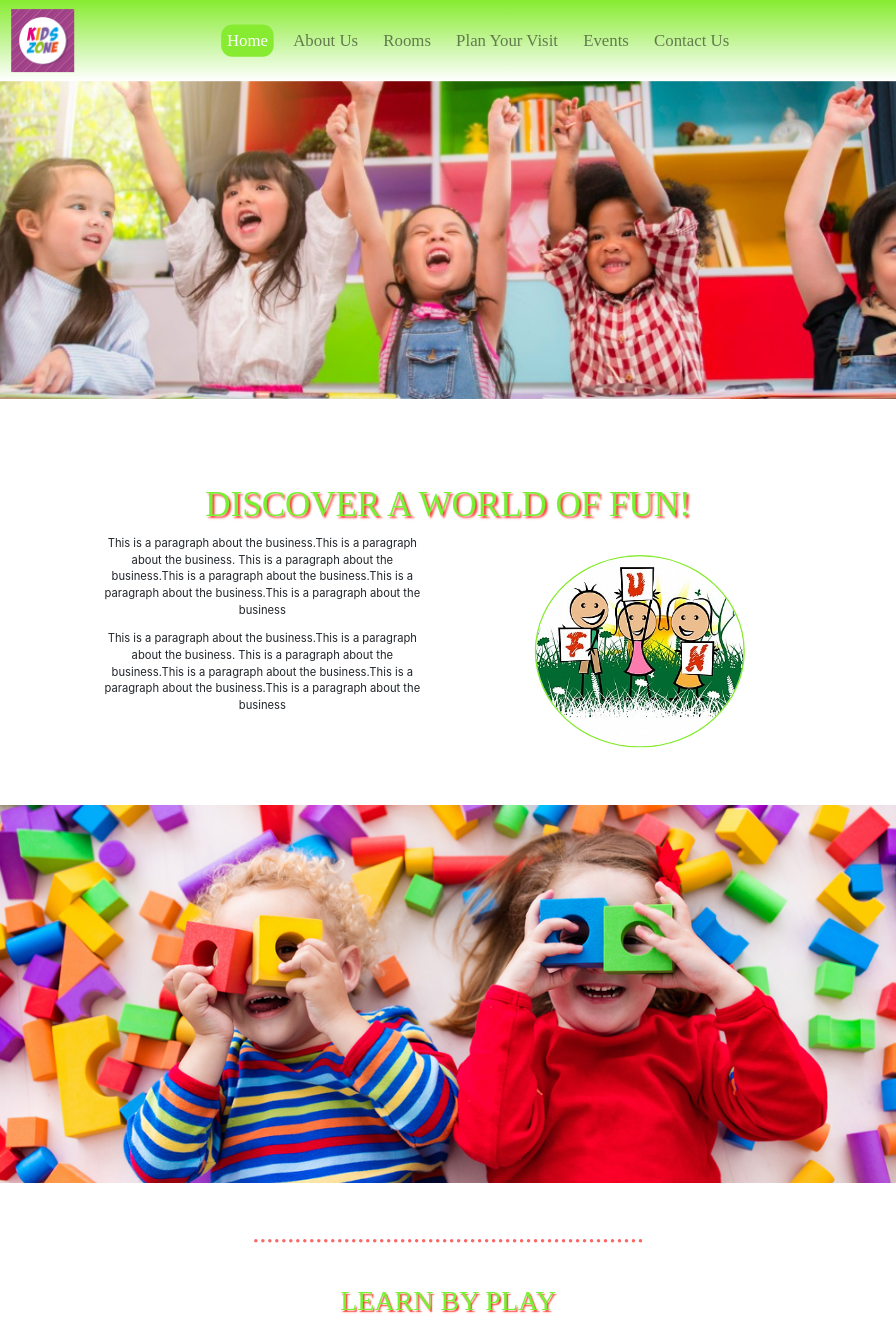
Repository: Code-Institute-Submissions/my-first-frontend-milestone-project
Page: index.html
The author's editor kept a record of every edit. The page is drawn from the files as they stood at one moment, then again after the next edit.
The browser window is 1280 px wide. The pictures show the part of the page from y = 0 to 1920 px (the page is 4050 px tall), at 70% of full size.
Some web fonts or font styles are not loaded; a fallback is used. Some web libraries are served in a nearby version.

Above is the page before.

### index.html
<!DOCTYPE html>
<html lang="en">

<head>
    <meta charset="UTF-8">
    <meta name="viewport" content="width=device-width, initial-scale=1.0">
    <meta http-equiv="X-UA-Compatible" content="ie=edge">
    <script src="https://code.jquery.com/jquery-3.3.1.slim.min.js" integrity="sha384-q8i/X+965DzO0rT7abK41JStQIAqVgRVzpbzo5smXKp4YfRvH+8abtTE1Pi6jizo" crossorigin="anonymous"></script>
    <script src="https://cdnjs.cloudflare.com/ajax/libs/popper.js/1.14.7/umd/popper.min.js" integrity="sha384-UO2eT0CpHqdSJQ6hJty5KVphtPhzWj9WO1clHTMGa3JDZwrnQq4sF86dIHNDz0W1" crossorigin="anonymous"></script>
    <link rel="stylesheet" href="https://stackpath.bootstrapcdn.com/bootstrap/4.3.1/css/bootstrap.min.css" integrity="sha384-ggOyR0iXCbMQv3Xipma34MD+dH/1fQ784/j6cY/iJTQUOhcWr7x9JvoRxT2MZw1T" crossorigin="anonymous">
    <script src="https://stackpath.bootstrapcdn.com/bootstrap/4.3.1/js/bootstrap.min.js" integrity="sha384-JjSmVgyd0p3pXB1rRibZUAYoIIy6OrQ6VrjIEaFf/nJGzIxFDsf4x0xIM+B07jRM" crossorigin="anonymous"></script>
    <script src='https://kit.fontawesome.com/a076d05399.js'></script>
    <link rel="stylesheet" href="https://maxcdn.bootstrapcdn.com/font-awesome/4.7.0/css/font-awesome.min.css" type="text/css" />
    <link rel="stylesheet" href="css/style.css">
    <title>KiddosSpot</title>
</head>

<body>
 <!-- <div id="page-wrapper">  -->
    <header>
        <!-- Used Bootstrap for basic nav. -->
        <nav class="navbar fixed-top navbar-light
         navbar-expand-lg  navbar-fixed-top navstyle">
            <a class="navbar-brand" href="index.html">
           <img src="./images/logo.jpg" width="90" height="90" alt="Kid's Spot Logo">
          </a>
            <button class="navbar-toggler" type="button" data-toggle="collapse" data-target="#navbarSupportedContent" aria-controls="navbarSupportedContent" aria-expanded="false" aria-label="Toggle navigation">
              <span class="navbar-toggler-icon"></span>
          </button>
            <div class="collapse navbar-collapse" id="navbarSupportedContent">
                <ul class="nav navbar-nav mr-auto" style=" margin: 0 auto;">
                    <li class="nav-item active">
                        <a class="nav-link" href="index.html">Home <span class="sr-only">(current)</span></a>
                    </li>
                    <li class="nav-item">
                        <a class="nav-link about-menu" href="about.html">About Us</a>
                    </li>
                    <li class="nav-item">
                        <a class="nav-link" href="rooms.html">Rooms</a>
                    </li>
                    <li class="nav-item">
                        <a class="nav-link" href="planyourvisit.html">Plan Your Visit</a>
                    </li>
                    <li class="nav-item">
                        <a class="nav-link" href="events.html">Events</a>
                    </li>
                    <li class="nav-item">
                        <a class="nav-link" href="contact.html">Contact Us</a>
                    </li>
            </div>
        </nav>
    </header>

    <section>
        <!-- Bootstrap grid approach for columns -->
        <div class="container-fluid">
            <div class="row">
                <div class="col-12 banner-home"> </div>
            </div>
            <div class="container">
                <div class="row">
                    <div class="col-sm-12">
                        <h1 class="maintitle uppercase">Discover a World of Fun!</h1>
                    </div>
                </div>
                <div class="row">
                    <div class="col-12">
                        <div class="main-text-wrapper">
                            <p> This is a paragraph about the business.This is a paragraph about the business. This is a paragraph about the business.This is a paragraph about the business.This is a paragraph about the business.This is a paragraph about the
                                business </p>
                            <p> This is a paragraph about the business.This is a paragraph about the business. This is a paragraph about the business.This is a paragraph about the business.This is a paragraph about the business.This is a paragraph about the
                                business </p>
                        </div>
                        <div class="main-image-wrapper">
                                <img src="./images/fun.jpg" width="300" height="300" class="img-fluid rounded-circle" style="border:2px solid #87EB31;"alt="Fun illustration">
                        </div>
                    </div>
                </div> <!-- row end -->
            </div> <!--container -->
        </div> <!--container-fluid -->
        <div class="container-fluid">
            <div class="row">
                <div class="col-12 banner-center"></div>
            </div>
        </div>

        <!-- Business Highlights -->
        <div class="container">
            <div class="row">
                <div class="col-sm-12">
                    <div class="dotted-separator"></div>
                        <h2 class="subtitle uppercase">Learn By Play</h2>
                </div>
            </div>
            <div class="row">
                <div class="col-sm-12">
                    <div class="text-container" id="science">
                        <span><i class='fas fa-flask' style='font-size:40px;color:#fafafa;'></i></span>
                        <br>
                        <p><strong>Science</strong></p>
                        <p>Your Child will explore a variety...Your Child will explore a variety...Your Child will explore a variety...Your Child will explore a variety...</p>
                    </div>
                    <div class="text-container" id="sports">
                        <span><i class='fas fa-futbol' style='font-size:40px;color:#fafafa'></i></span>
                        <br>
                        <p><strong>Sports</strong></p>
                        <p>Your Child will explore a variety...Your Child will explore a variety...Your Child will explore a variety...Your Child will explore a variety...</p>
                    </div>
                </div>
            </div>
            <div class = "row">
                <div class="col-sm-12" style="margin-bottom:50px;">
                    <div class="text-container" id="arts"><span><i class='fas fa-paint-brush' style='font-size:40px;color:#fafafa'></i></span>
                        <br>
                        <p><strong>Arts</strong></p>
                        <p>Your Child will explore a variety...Your Child will explore a variety...Your Child will explore a variety...Your Child will explore a variety...</p>
                    </div>
                    <div class="text-container" id="games"><span><i class='fas fa-puzzle-piece' style='font-size:40px;color:#fafafa'></i> </span>
                        <br>
                        <p><strong>Games</strong></p>
                        <p>Your Child will explore a variety...Your Child will explore a variety...Your Child will explore a variety...Your Child will explore a variety...</p>
                    </div>
                </div>
            </div>
        </div> <!-- container -->

        <!-- Gallery of rooms -->
        <div class="container-fluid">
            <div class="row">
                <div class="col-sm-12">
                    <div class="dotted-separator"></div>
                    <div class="gallery">
                        <h2 class="subtitle uppercase">Room Gallery</h2>
                        <ul>
                            <li class="room1">
                                <img src="./images/science-room.webp" alt="Science-Room" width="300" height="250">
                                <div class="gallery_caption"><strong><p>Science Room</p></strong>
                                </div>
                            </li>
                            <li class="room2">
                                <img src="./images/space-room.webp" alt="Space Room" width="300" height="250">
                                        <div class="gallery_caption"><strong><p>Outerspace Room</p></strong>
                                        </div>
                            </li>
                            <li class="room3">
                                <img src="./images/art-room.webp" alt="Arts Room" width="300" height="250">
                                        <div class="gallery_caption"><strong><p>Arts Room</p></strong>
                                        </div>
                            </li>
                            <li class="room4">
                                <img src="./images/kitchen-room.jpg" alt="Kitchen Room" width="300" height="250">
                                        <div class="gallery_caption">
                                            <strong><p>Kitchen Room</p></strong>
                                        </div>
                            </li>
                        </ul>
                    </div>
                </div>
            </div>
        </div>  <!-- container-fluid -->
        <div>
            <a class="gallery-btn" href="rooms.html">See All Rooms</a>
        </div>
        <div class="container-fluid">
            <div class="row">
                <div class="col-sm-12">
                    <div class="dotted-separator"></div>
                </div>
            </div>
            <div class="theme-wrapper">
                <div class="row">
                    <div class="col-sm-5 theme-pic-wrapper">
                        <img src="./images/fitness-room.jpg" alt="Fitness Room" width="350" height="300" style="border-radius: 15px;">
                    </div>
                    <div class="col-sm-7">
                        <h2 class="theme-subtitle-wrapper">Theme of the month:<em style="color:#76F134; text-shadow: 1px 1px 1px #fafafa;"> WELLNESS!</em></h2>
                        <br>
                        <div class="theme-text-wrapper">
                            <h5 style="text-align:center;">LEARNING TO BE HEALTHY AND HAPPY!</h5>
                            <ul>
                                <li>Dance Lesson for different music styles</li>
                                <li>Gym equipment</li>
                                <li>Active games</li>
                            </ul>
                        </div>
                    </div>
                </div>
            </div>
        </div>
    </section>
    <footer class="container-fluid">
        <div id="footer-details" class="row">
            <div id="footer-list" class="col-sm-8">
                <nav id="menu-widget-2">
                    <ul>
                        <li>
                         <a href="about.html">About Us</a></li>
                        <li>
                         <a href="rooms.html">Rooms</a></li>
                        <li>
                         <a href="news.html">Latest News</a></li>
                        <li>
                         <a href="contact.html">Contact us</a></li>
                    </ul>
                </nav>
            </div>
            <div id="social-media" class="col-sm-4">
                <a href="#" target="_blank">
                        <img src="./images/facebook.png">
                </a>
                <a href="#" target="_blank">
                        <img src="./images/twitter.png">
                </a>
                <a href="#" target="_blank">
                        <img src="./images/instagram.png">
                </a>
                <a href="#" target="_blank">
                        <img src="./images/youtube.png">
                </a>
            </div>
        </div>
    </footer>
<!--</div>--> <!--page wrapper -->
</body>

</html>

Loaded but not shown: css/style.css (846 lines, source omitted)

After the next edit:
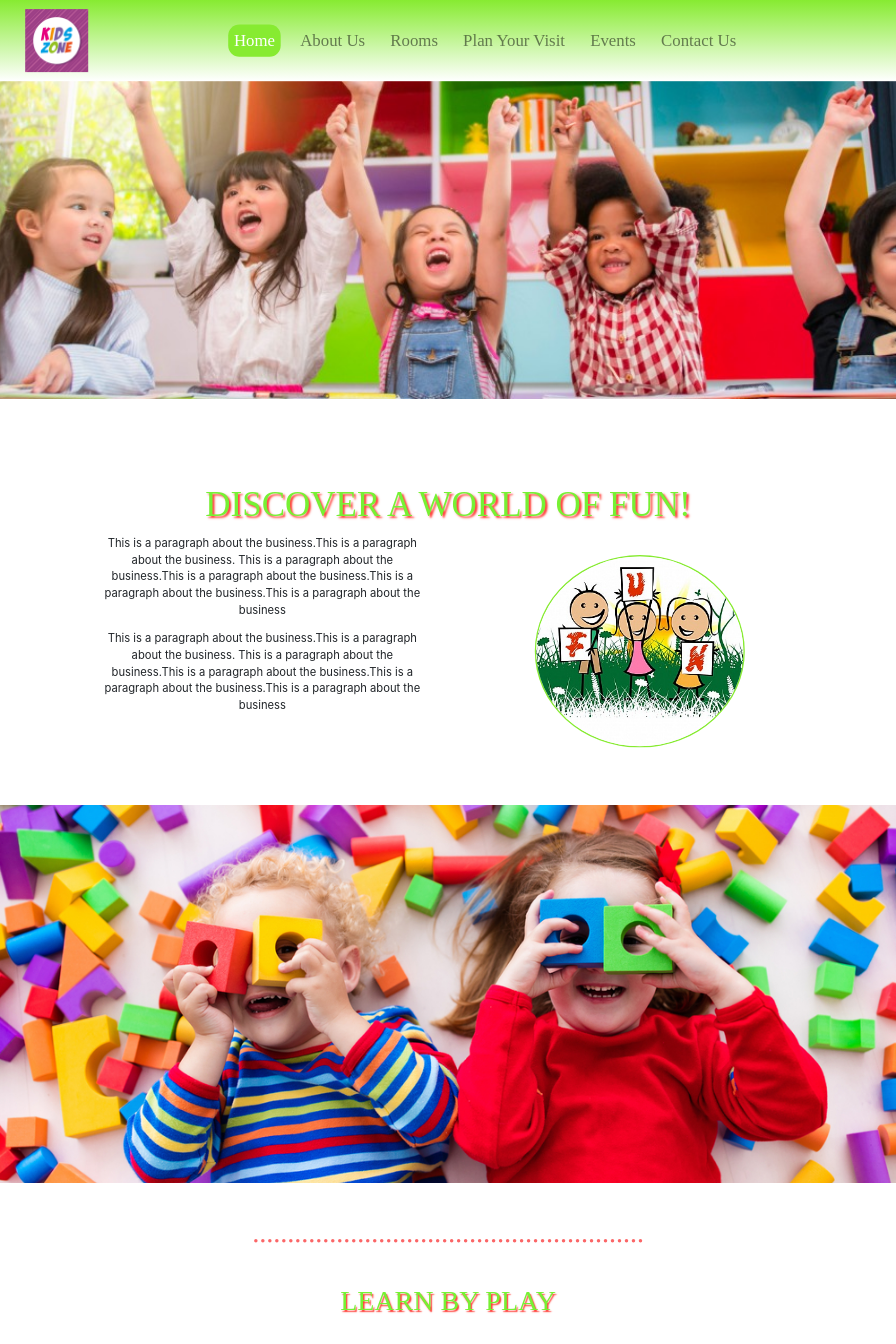
The edit:
--- a/index.html
+++ b/index.html
@@ -22,7 +22,7 @@
         <nav class="navbar fixed-top navbar-light
          navbar-expand-lg  navbar-fixed-top navstyle">
             <a class="navbar-brand" href="index.html">
-           <img src="./images/logo.jpg" width="90" height="90" alt="Kid's Spot Logo">
+           <img src="./images/logo.jpg" style="margin-left:20px;" width="90" height="90" alt="Kid's Spot Logo">
           </a>
             <button class="navbar-toggler" type="button" data-toggle="collapse" data-target="#navbarSupportedContent" aria-controls="navbarSupportedContent" aria-expanded="false" aria-label="Toggle navigation">
               <span class="navbar-toggler-icon"></span>
